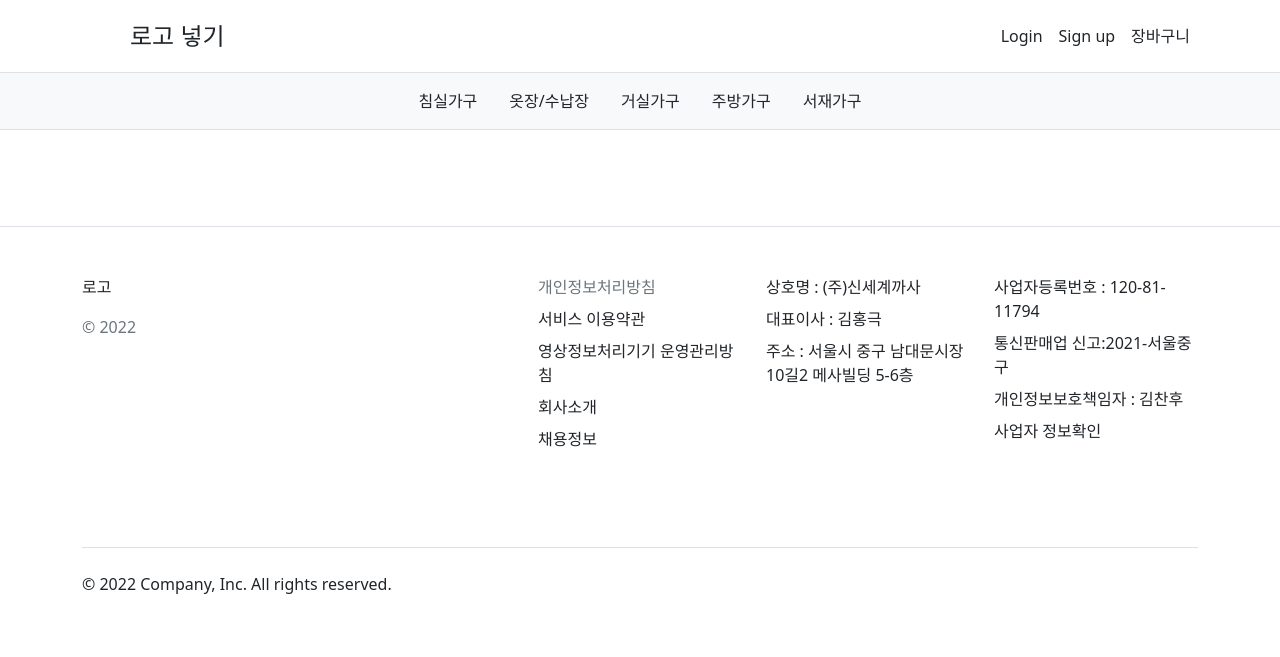
Repository: raoniee/Elice-House-Project
Page: FE/views/pages/main/item-detail-page.html
These files come from the project's save history. The page is drawn as it stood at one moment and after the next save; the edit follows.
The browser window is 1280 px wide. The pictures show the whole page.

Above is the page before, as saved 2023-07-06 14:29:54.

After the next save:
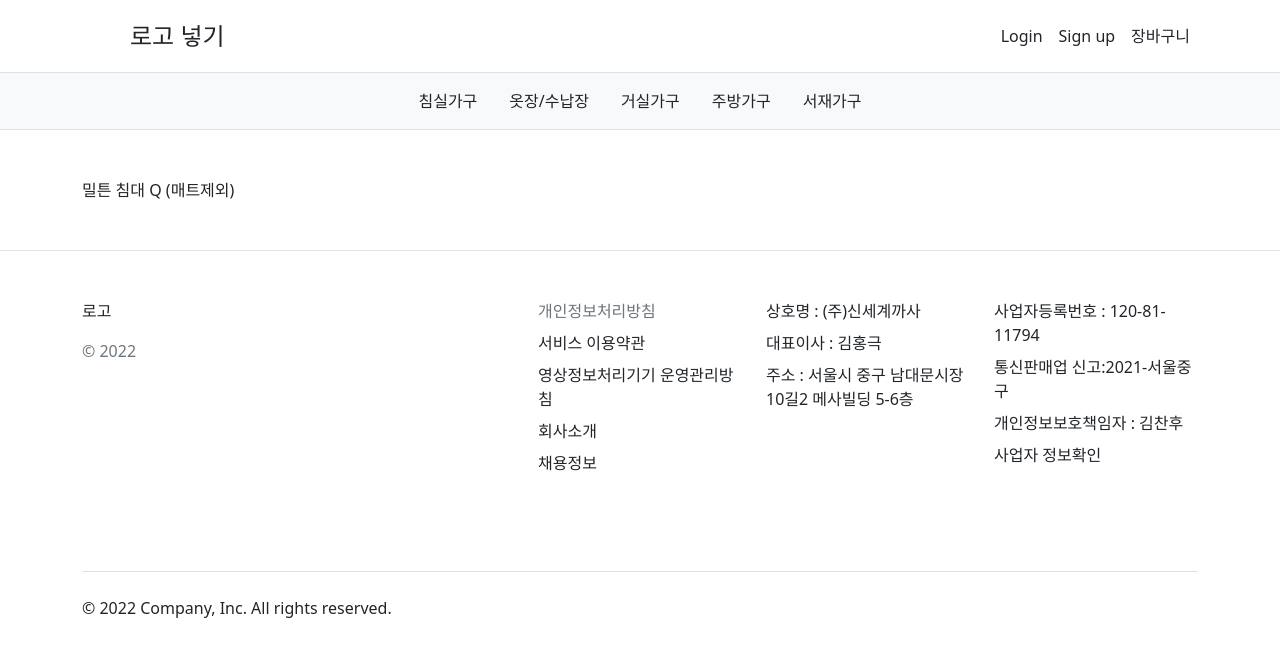
Saved 2 min 18 s later.
--- a/FE/views/pages/main/item-detail-page.html
+++ b/FE/views/pages/main/item-detail-page.html
@@ -44,6 +44,10 @@
         >
           <!-- menu_bar template로 삽입 -->
         </div>
+
+        <div class="item_detail">
+          <span class="name">밀튼 침대 Q (매트제외)</span>
+        </div>
       </div>
     </main>
 
